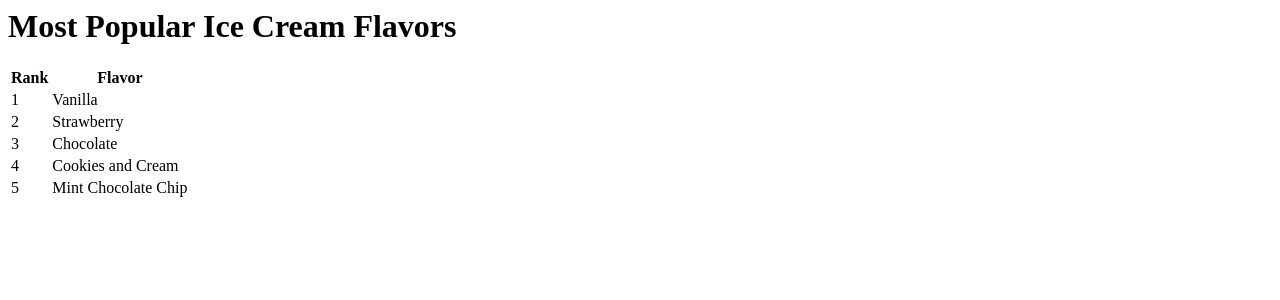
Repository: MatthewSalazar30/MatthewSalazar30.github.io
Page: ice.html
The author's editor kept a record of every edit. The page is drawn from the files as they stood at one moment, then again after the next edit.
The browser window is 1280 px wide. The pictures show the whole page.

Above is the page before.

### ice.html
<!DOCTYP\E html>
   <html>
     <head>
       <meta charset="utf-8">
       <title>I Scream For Ice Cream!</title>
     </head>
     <body>
       <h1>Most Popular Ice Cream Flavors</h1>
       <table>
        <tr><th>Rank</th><th>Flavor</th></tr>
        <tr><td>1</td><td>Vanilla</td></tr>
        <tr><td>2</td><td>Strawberry</td></tr>
        <tr><td>3</td><td>Chocolate</td></tr>
        <tr><td>4</td><td>Cookies and Cream</td></tr>
        <tr><td>5</td><td>Mint Chocolate Chip</td></tr>
      </table>
    </body>
  </html>

After the next edit:
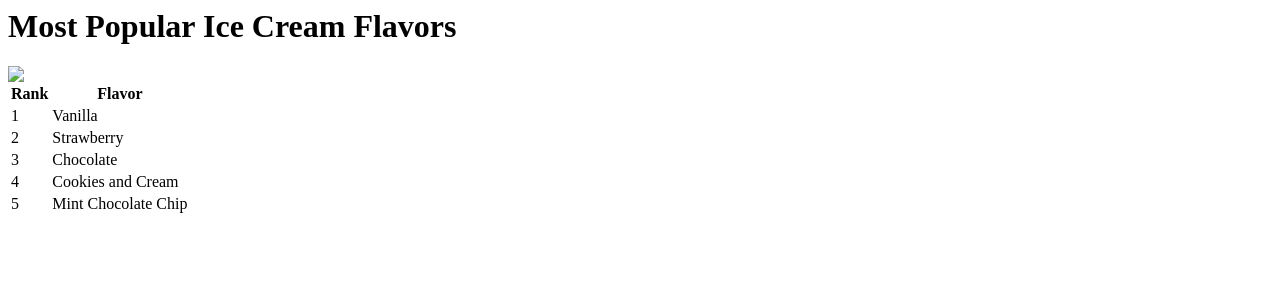
Not found: cookies.jpg
The edit:
--- a/ice.html
+++ b/ice.html
@@ -13,6 +13,7 @@
         <tr><td>3</td><td>Chocolate</td></tr>
         <tr><td>4</td><td>Cookies and Cream</td></tr>
         <tr><td>5</td><td>Mint Chocolate Chip</td></tr>
+        <img src="cookies.jpg" />
       </table>
     </body>
   </html>
